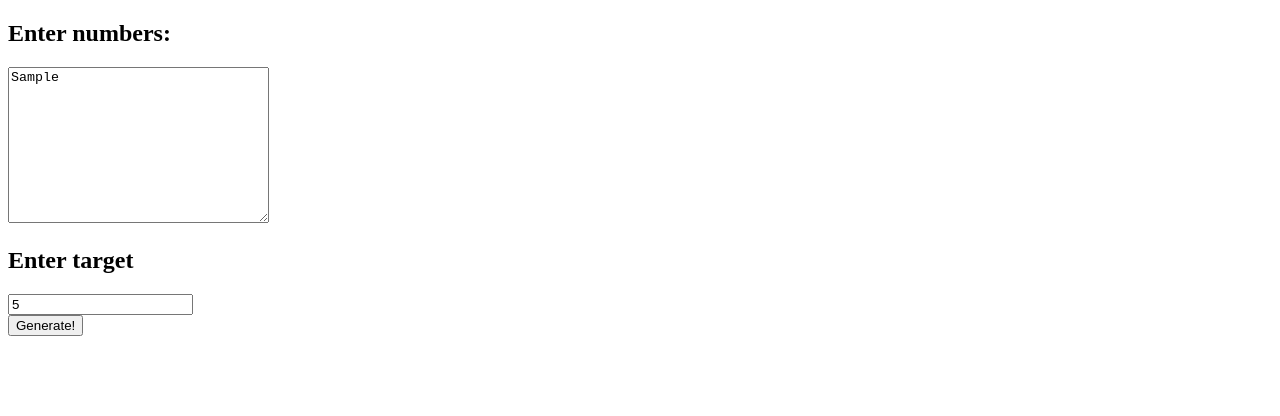
Repository: Peter-developer01/possible-combos
Page: index.html
An editor plug-in stored every save of this project. The page is shown before and after the next save, followed by the edit.
The browser window is 1280 px wide. The pictures show the whole page.
Empty fields were first filled with sample values (such as "Sample", 5 or name@example.com).
After loading, the first visible `button.generate` was clicked once.

Above is the page before, as saved 2024-04-25 19:00:37.

After the next save:
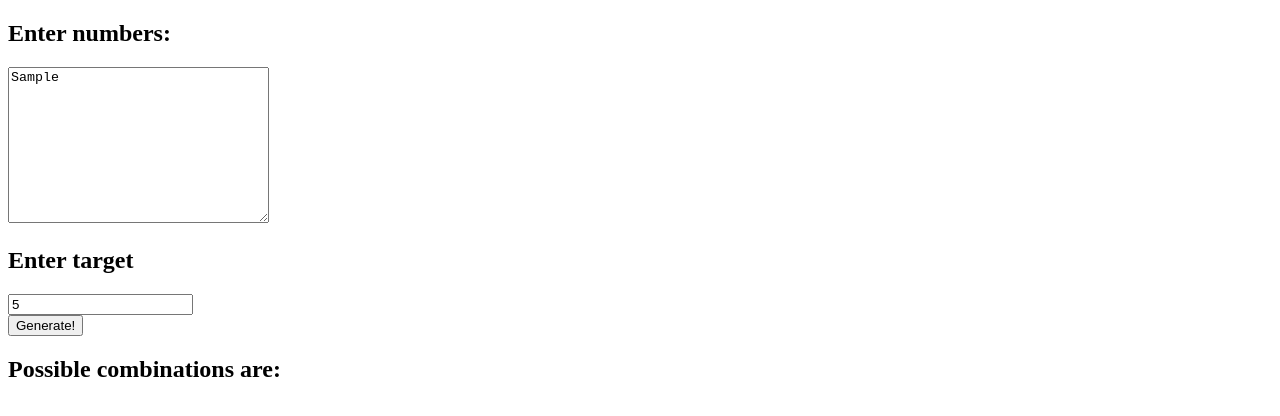
Saved 7 s later.
--- a/script.js
+++ b/script.js
@@ -36,5 +36,5 @@ const generateButton = document.querySelector(".generate"),
 	result = document.querySelector(".result");
 
 generateButton.addEventListener("click", () => {
-
+	document.querySelector(".result-h2").style.display = "block";
 })
